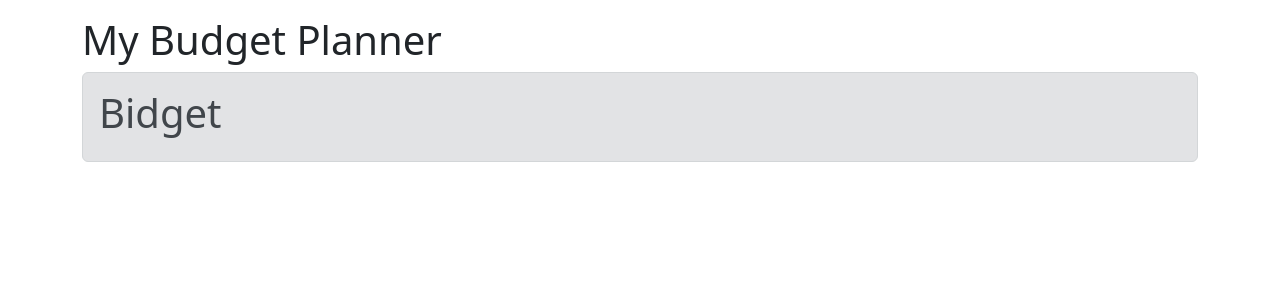
Repository: OmniaRafat232111121/budgetapp
Page: /
These files come from the project's save history. The page is drawn as it stood at one moment and after a run of saves; the edit follows.
The browser window is 1280 px wide. The pictures show the whole page.
The project was rebuilt for these pictures with package versions that can differ from the ones it lists, and the page was loaded fresh each time.

Above is the page before, as saved 2022-10-07 21:37:42.

After the next 3 saves:
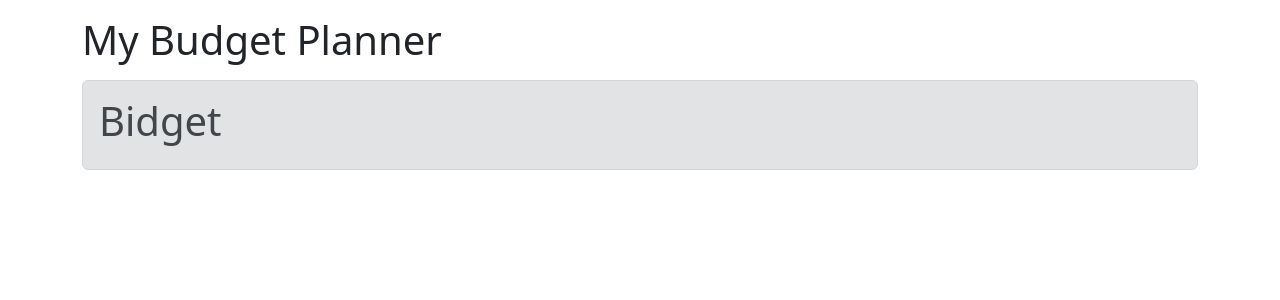
The 3 saves are shown as one change because they came seconds apart.
The last was saved 25 s later.
--- a/src/App.js
+++ b/src/App.js
@@ -6,7 +6,7 @@ function App() {
   return (
     <div className='container'>
     <h1 className='mt-3'>My Budget Planner</h1>
-    <div className='row'>
+    <div className='row mt-3'>
     <div className='col-sm'>
     <Budget/>
     </div>
